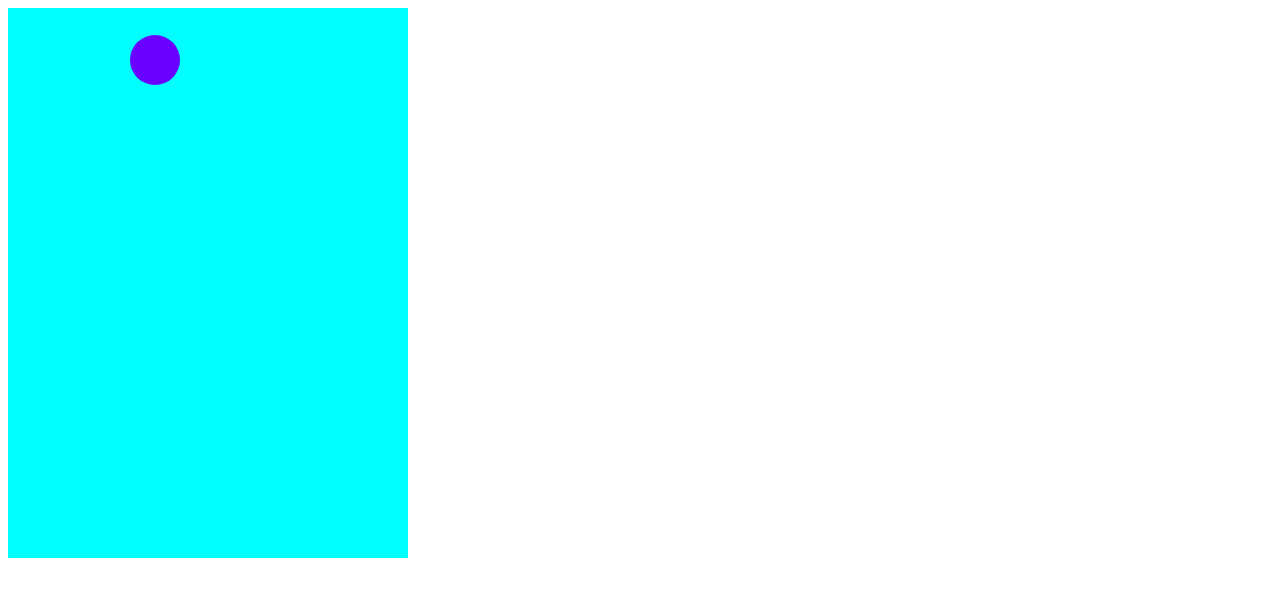
Repository: sara55m/Counter_App
Page: index.html
An editor plug-in stored every save of this project. The page is shown before and after the next save, followed by the edit.
The browser window is 1280 px wide. The pictures show the whole page.

Above is the page before, as saved 2024-07-30 01:34:15.

After the next save:
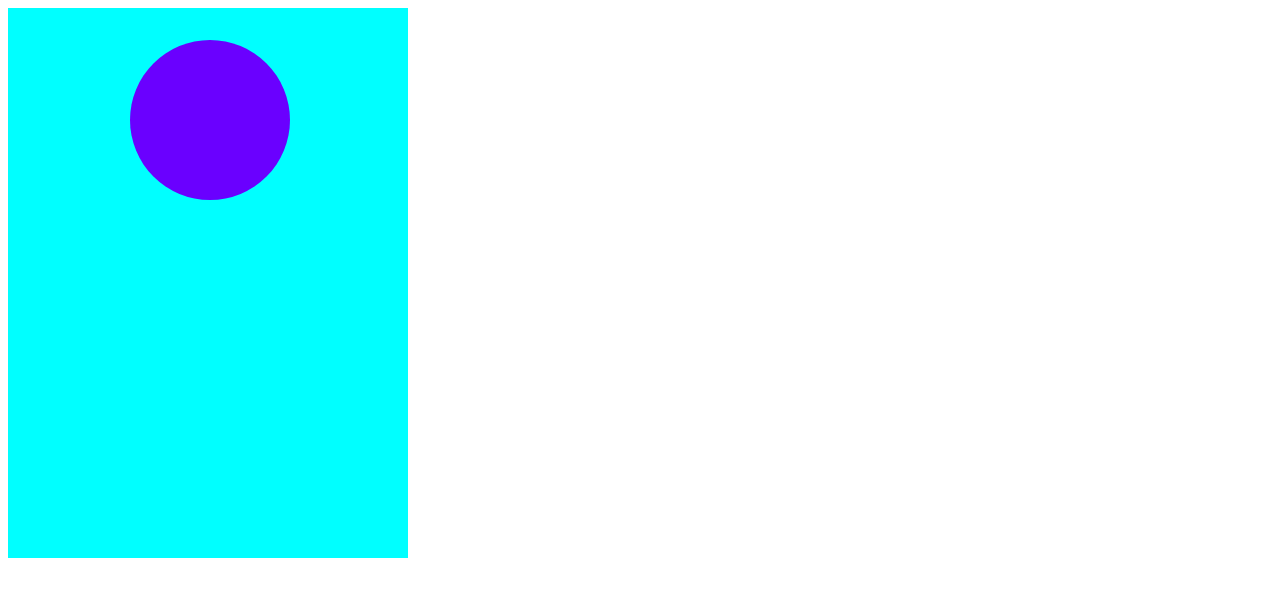
Saved 2 min 8 s later.
--- a/css/style.css
+++ b/css/style.css
@@ -6,10 +6,10 @@
 
 .main{
     position:absolute;
-    top:35px;
+    top:40px;
     left:130px;
-    height:50px;
-    width:50px;
+    height:160px;
+    width:160px;
     border-radius: 50%;
     background-color: rgb(106, 0, 255);
 }
